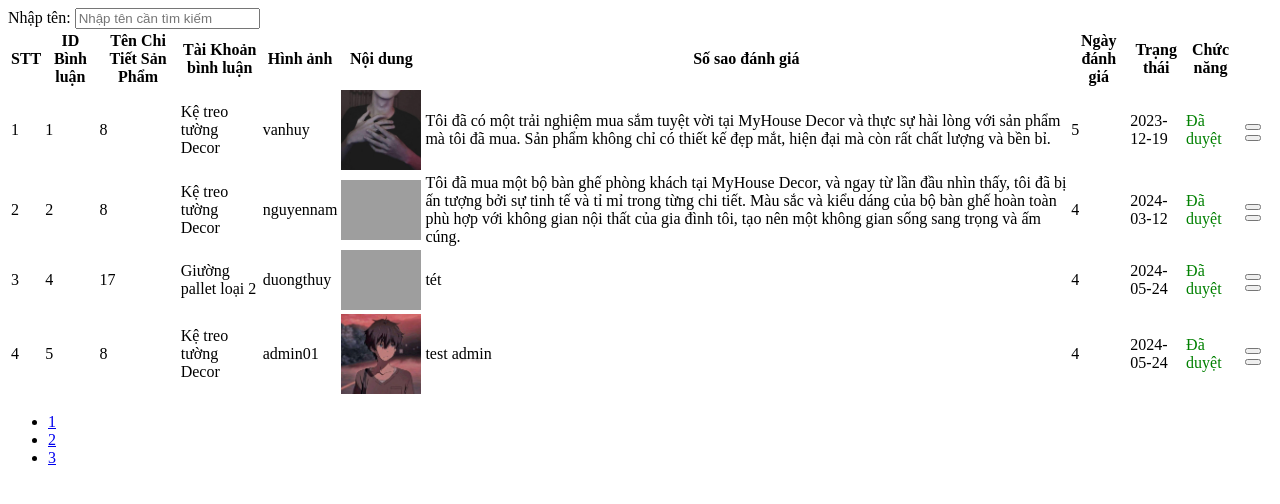
Repository: anhtu2110/TestCNPM
Page: http://localhost/MyHouseDecor/Admin/View/Admin_CommentView.php?page=1
An editor plug-in stored every save of this project. The page is shown before and after the next save, followed by the edit.
The browser window is 1280 px wide. The pictures show the whole page.
Pictures or frames that could not be fetched are drawn as grey boxes. The page is run by PHP 8.4 with error messages shown; the project is at /var/www/html/. The database holds what the project's SQL file puts in it.

Above is the page before, as saved 2024-07-09 22:10:46.

After the next save:
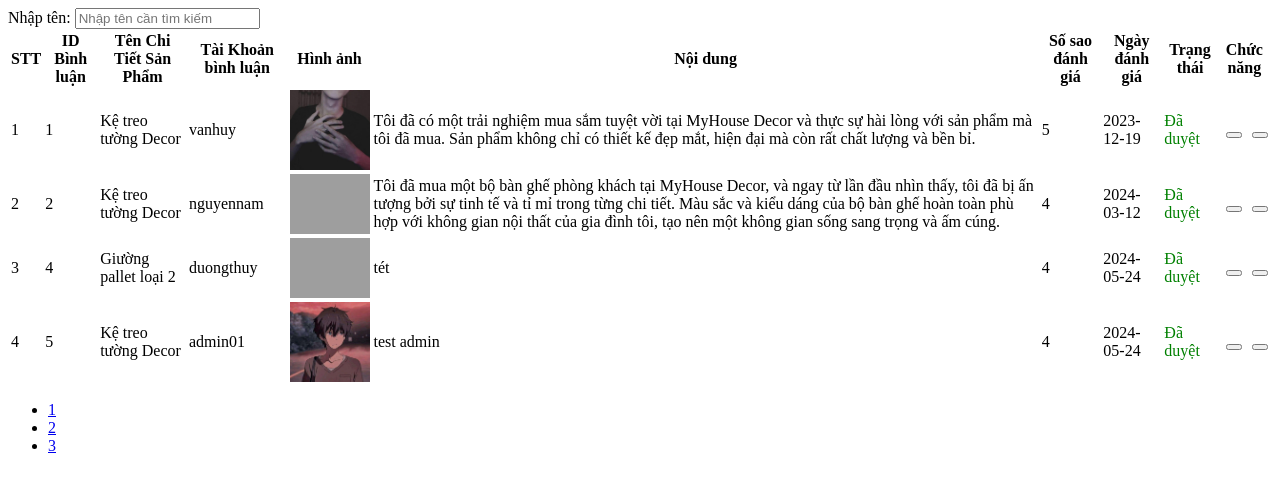
Saved 16 s later.
--- a/Admin/View/Admin_CommentView.php
+++ b/Admin/View/Admin_CommentView.php
@@ -39,7 +39,6 @@ $count = 1;
     <tr>
         <td><?php echo $count; ?></td>
         <td><?php echo $items['CmtID']; ?></td>
-        <td><?php echo $items['DetailsID']; ?></td>
         <td><?php
                 $x = $controller->getNameProduct($items['DetailsID']);
                 echo $x;
